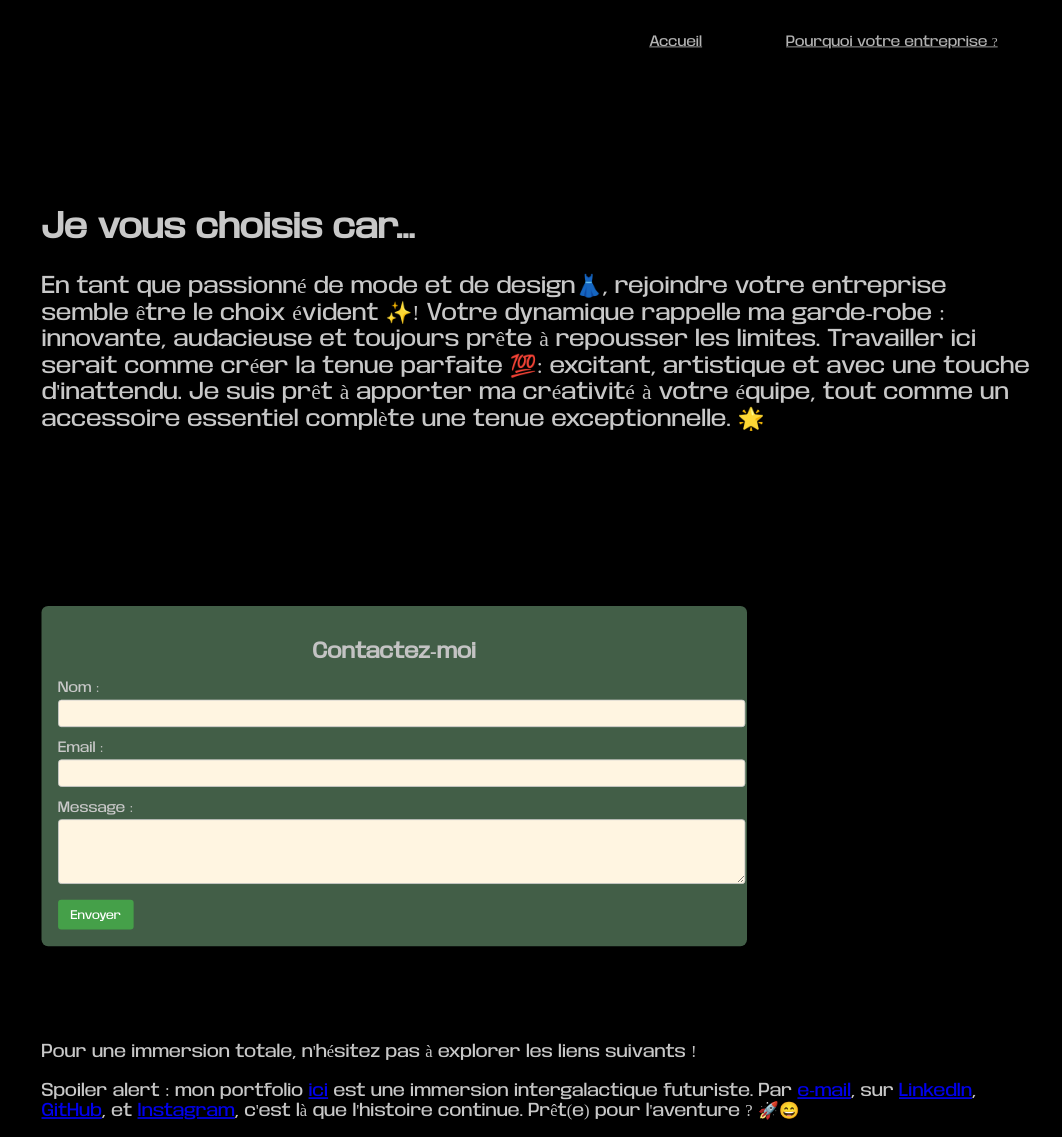
Repository: inessben/application
Page: about/about.html
The author's editor kept a copy of each file at every save. The page is drawn from the files as they stood at one save, then again after the next save.
The browser window is 1280 px wide. The pictures show the whole page, at 83% of full size.

Above is the page before, as saved 2023-12-04 02:19:54.

### about/about.html
<!DOCTYPE html>
<html lang="en">
<head>
    <meta charset="UTF-8">
    <meta name="viewport" content="width=device-width, initial-scale=1.0">
    <!-- generate the icon -->
    <link rel="apple-touch-icon" sizes="180x180" href="/favicon/apple-touch-icon.png">
    <link rel="icon" type="image/png" sizes="32x32" href="/favicon/favicon-32x32.png">
    <link rel="icon" type="image/png" sizes="16x16" href="/favicon/favicon-16x16.png">
    <link rel="manifest" href="/favicon/site.webmanifest">
    <link rel="mask-icon" href="/favicon/safari-pinned-tab.svg" color="#5bbad5">
    <meta name="msapplication-TileColor" content="#da532c">
    <!--  -->
    <meta name="theme-color" content="#ffffff">
    <title>#slowlyApplication</title>
    <link rel="stylesheet" href="about.css">

<script>
    document.addEventListener("DOMContentLoaded", function() {
        var formInputs = document.querySelectorAll("#contact-form input, #contact-form textarea")

        formInputs.forEach(function(input) {
            input.addEventListener("click", function() {
                alert("Bien joué ! Vous avez débloqué la quête secrète ! 🚀\n\nPour compléter cette mission, vous devez scroller encore un peu👇, pour trouver mes coordonnées. Les pigeons voyageurs fonctionnent aussi, mais c'est un peu rétro. 😉")
            })
        })
    })
</script>
</head>
<body>
    <section id="nav-header">
        <header class="nav-links">
            <a href="/index.html" class="link">Accueil</a>
            <a href="/company/company.html" class="link">Pourquoi votre entreprise ?</a>
        </header>
    </section>
    <section id="description">
        <h1>Je vous choisis car...</h1>
        <p> En tant que passionné de mode et de design👗, rejoindre votre entreprise semble être le choix évident ✨! Votre dynamique rappelle ma garde-robe : innovante, audacieuse et toujours prête à repousser les limites. Travailler ici serait comme créer la tenue parfaite 💯: excitant, artistique et avec une touche d'inattendu. Je suis prêt à apporter ma créativité à votre équipe, tout comme un accessoire essentiel complète une tenue exceptionnelle. 🌟 </p>
    </section>

    <section id="contact-form-container">
        <form id="contact-form">
        <h2>Contactez-moi</h2>

        <label for="name">Nom :</label>
        <input type="text" id="name" name="name" required>

        <label for="email">Email :</label>
        <input type="email" id="email" name="email" required>

        <label for="message">Message :</label>
        <textarea id="message" name="message" rows="4" required></textarea>

        <button type="submit">Envoyer</button>
        </form>
    </section>

    <footer>
        <p>Pour une immersion totale, n'hésitez pas à explorer les liens suivants !
            <br><br>Spoiler alert : mon portfolio <a href="https://iness-portfolio.vercel.app/">ici</a> est une immersion intergalactique futuriste. Par <a href="mailto:ine.benss@gmail.com">e-mail</a>, sur <a href="https://www.linkedin.com/in/iness-benaissa/">LinkedIn</a>, <a href="lien-vers-ton-github">GitHub</a>, et <a href="lien-vers-ton-insta">Instagram</a>, c'est là que l'histoire continue. Prêt(e) pour l'aventure ? 🚀😄</p>
    </footer>

</body>
</html>

### about/about.css

@font-face {
    font-family: "Jolley";
    src: url("/fonts/jolley.woff");
    }

@font-face {
    font-family: "Base Neue";
    src: url("/fonts/base-neue.ttf");
    }

::-webkit-scrollbar {
    width: 8px;
    }

::-webkit-scrollbar-track {
    background-color: #000;
    }

::-webkit-scrollbar-thumb {
    background-color: #4b4b4b;
    border-radius: 4px;
    }

::-webkit-scrollbar-thumb:hover {
    opacity: 0.7;
    }

body {
    margin: 0;
    font-family: "Base Neue";
    background-color: #000000;
    color: #c8c8c8;
    padding: 0;
    }

#nav-header {
    position: absolute;
    top: 30px;
    right: 20px;
    font-size: 16px;
    font-weight: 500;
    padding: 10px;
    }

.link {
    padding: 8px;
    text-decoration: #b3b3b3 underline;
    color: #b3b3b3;
    margin: auto 40px;
    }

.link:hover {
    opacity: 0.7;
    }

#description{
    position: relative;
    top: 200px;
    font-size: 26px;
    margin: 50px;
    width: 1200px;
    color: #c8c8c8;
    }

#contact-form-container {
    position: absolute;
    margin: 50px;
    top: 680px;
    width: 850px;
    }

#contact-form {
    position: absolute;
    background-color: #425E47;
    padding: 20px;
    border-radius: 8px;
    box-shadow: 0 4px 8px rgba(0, 0, 0, 0.1);
    transition: transform 0.3s ease-in-out;
    }

#contact-form h2 {
    text-align: center;
    color: #c3c3c3;
    }

#contact-form label {
    margin-top: 10px;
    }

#contact-form input,
#contact-form textarea {
    width: 100%;
    padding: 8px;
    margin-top: 5px;
    margin-bottom: 15px;
    background-color: #FFF5E1;
    border: 1px solid #ccc;
    border-radius: 4px;
    }

#contact-form button {
    background-color: #45a049;
    font-family: "Base Neue";
    color: white;
    align-items: center;
    border: 1px #425E47;
    padding: 10px 15px;
    border-radius: 4px;
    cursor: pointer;
    transition: background-color 0.3s ease-in-out;
    }

#contact-form button:hover {
    background-color: #45a049;
    }

#contact-form-container:hover #contact-form {
    transform: rotate(5deg);
    }

footer
{
    position: absolute;
    bottom: -700px;
    font-size: 20px;
    margin: 50px;
}

After the next save:
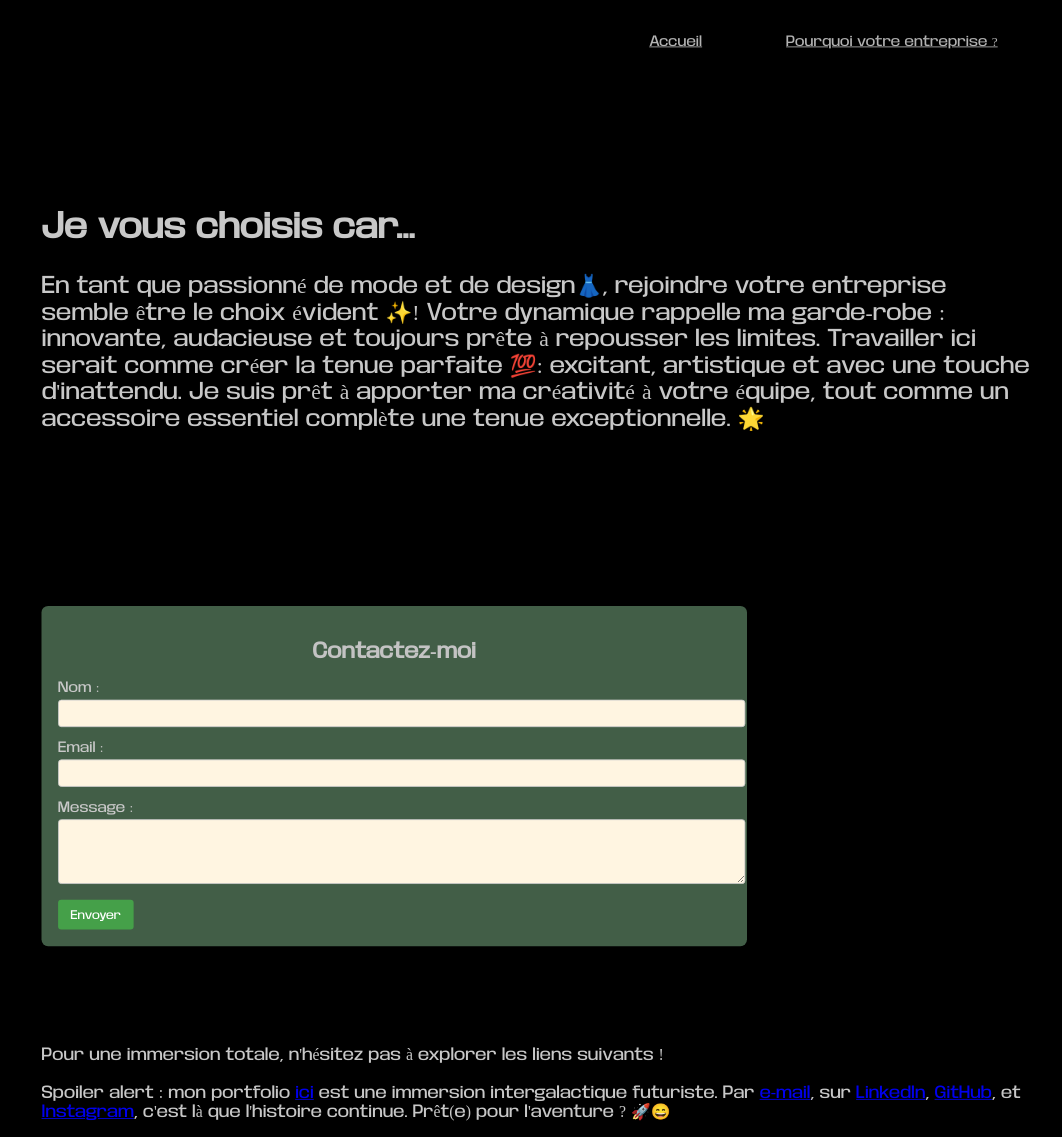
Saved 23 s later.
--- a/about/about.css
+++ b/about/about.css
@@ -123,6 +123,6 @@ footer
 {
     position: absolute;
     bottom: -700px;
-    font-size: 20px;
+    font-size: 19px;
     margin: 50px;
 }
